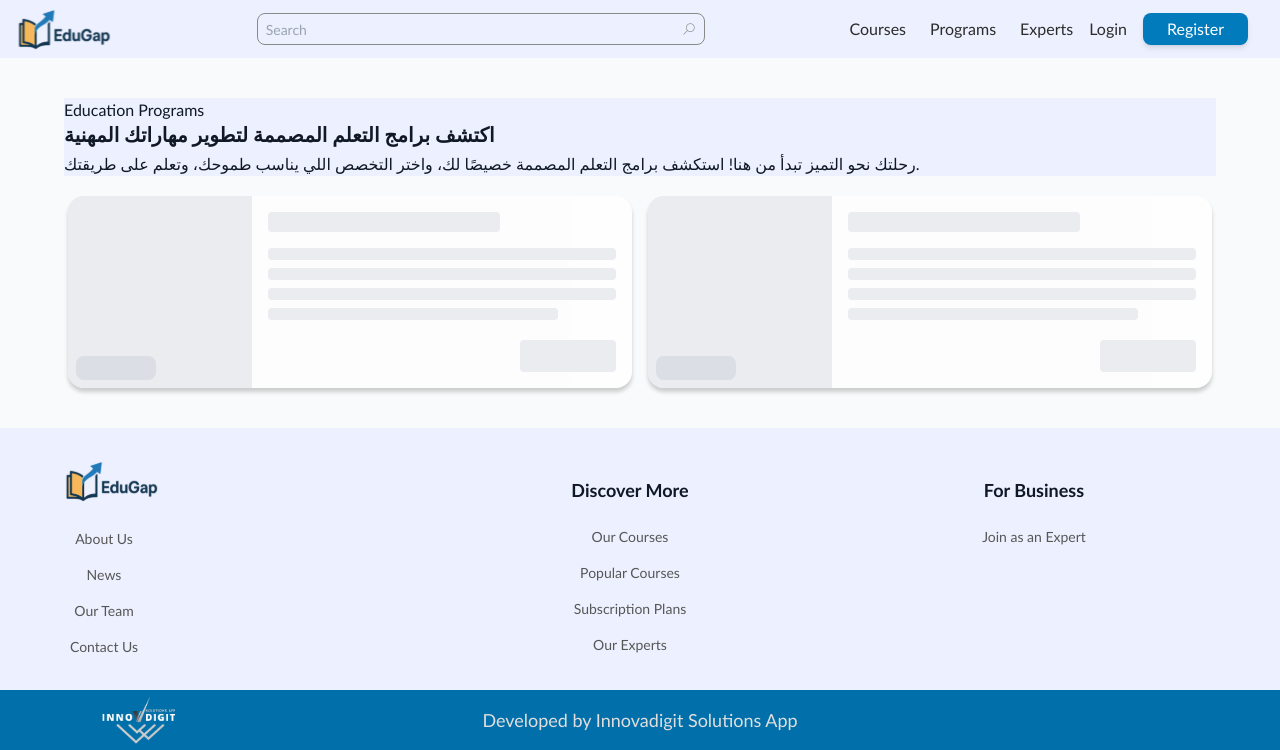
Repository: Yehyv/EduGap-Project
Page: /programs-list
The author's editor kept a copy of each file at every save. The page is drawn from the files as they stood at one save, then again after the next save.
The browser window is 1280 px wide. The pictures show the whole page.
The page's requests for data from a server got no answer. The project was rebuilt for these pictures with package versions that can differ from the ones it lists, and the page was loaded fresh each time. Some packages were replaced by stand-ins written for this rebuild. No one was signed in, and anything a server would have sent is missing. Also part of the build but not shown: vite.config.ts, src/features/auth/services/authApi.ts, src/shared/utils/AppSwal.tsx, src/shared/utils/ShowMessagesAlert.tsx, src/features/auth/hooks/useLogin.ts, src/features/auth/components/LoginForm.tsx, src/features/auth/index.ts, src/shared/hooks/useClickOutside.ts and 75 more.

Above is the page before, as saved 2025-09-30 14:59:22.

### index.html
<!doctype html>
<html lang="en">

<head>
  <meta charset="UTF-8" />
  <meta name="viewport" content="width=device-width, initial-scale=1.0" />
  <link rel="icon" type="image/svg+xml" href="/favicon.svg" />
  <link rel="icon" type="image/png" href="/favicon-96x96.png" sizes="96x96" />
  <link rel="icon" type="image/svg+xml" href="/favicon.svg" />
  <link rel="shortcut icon" href="/favicon.ico" />
  <link rel="apple-touch-icon" sizes="180x180" href="/apple-touch-icon.png" />
  <link rel="manifest" href="/site.webmanifest" />
  <title>EduGap</title>
</head>

<body>
  <div id="root"></div>
  <script type="module" src="/src/main.tsx"></script>
</body>

</html>

### src/main.tsx
import { createRoot } from "react-dom/client";
import { BrowserRouter } from "react-router-dom";
import "./index.css";
import AppRoutes from "./routes/AppRoutes.tsx";
import "slick-carousel/slick/slick.css";
import "slick-carousel/slick/slick-theme.css";
import { AuthProvider } from "./features/auth/context/AuthContext.tsx";
import { QueryClient, QueryClientProvider } from "@tanstack/react-query";
import { ReactQueryDevtools } from "@tanstack/react-query-devtools";
import { LanguageProvider } from "./shared/localization/LanguageProvider.tsx";
import HtmlDirection from "./shared/utils/HtmlDirections.tsx";

const queryClient = new QueryClient();

createRoot(document.getElementById("root")!).render(
  <QueryClientProvider client={queryClient}>
    <BrowserRouter>
      <LanguageProvider>
        <HtmlDirection>
          <AuthProvider>
            <AppRoutes />
            {import.meta.env.DEV && (
              <ReactQueryDevtools initialIsOpen={false} />
            )}
          </AuthProvider>
        </HtmlDirection>
      </LanguageProvider>
    </BrowserRouter>
  </QueryClientProvider>
);

### src/features/auth/context/AuthContext.tsx
import { createContext, useContext, useState } from "react";
import type { AuthContextType } from "../auth.types";

const AuthContext = createContext<AuthContextType | undefined>(undefined);

export const AuthProvider = ({ children }: { children: React.ReactNode }) => {
  const [token, setToken] = useState<string | null>(
    localStorage.getItem("token")
  );

  const login = (newToken: string) => {
    localStorage.setItem("token", newToken);
    setToken(newToken);
  };
  const saveRefreshToken = (refreshToken: string) => {
    localStorage.setItem("refresh-token", refreshToken);
  };

  const logout = () => {
    localStorage.removeItem("token");
    setToken(null);
  };

  return (
    <AuthContext.Provider value={{ token, login, logout, saveRefreshToken }}>
      {children}
    </AuthContext.Provider>
  );
};

export const useAuth = () => {
  const ctx = useContext(AuthContext);
  if (!ctx) {
    throw new Error("useAuth must be used inside AuthProvider");
  }
  return ctx;
};

### src/shared/localization/LanguageProvider.tsx
import { useState, useEffect } from "react";
import translations from "./translations";
import { LanguageContext } from "./LanguageContext";
import type { Language, TranslationKeys } from "./LanguageContext";

export const LanguageProvider = ({
  children,
}: {
  children: React.ReactNode;
}) => {
  const [lang, setLangState] = useState<Language>(() => {
    const saved = localStorage.getItem("lang") as Language | null;
    if (saved) return saved;
    if (navigator.language.startsWith("ar")) return "ar";
    return "en";
  });

  useEffect(() => {
    localStorage.setItem("lang", lang);
    document.body.dir = lang === "ar" ? "rtl" : "ltr";
    document.body.lang = lang;
  }, [lang]);

  const t = (key: TranslationKeys) => translations[lang][key];

  const setLang = (newLang: Language) => {
    setLangState(newLang);
  };

  return (
    <LanguageContext.Provider value={{ lang, setLang, t }}>
      {children}
    </LanguageContext.Provider>
  );
};

### src/shared/utils/HtmlDirections.tsx
import { useEffect } from "react";
import { useLanguage } from "../localization/useLanguage";

const HtmlDirection = ({ children }: { children: React.ReactNode }) => {
  const { lang } = useLanguage();

  useEffect(() => {
    document.body.dir = lang === "ar" ? "rtl" : "ltr";
    document.body.lang = lang;
  }, [lang]);

  return <>{children}</>;
};

export default HtmlDirection;

### src/assets/fonts/fonts.css
@font-face {
  font-family: "Rubik";
  src: url("./Rubik-Regular.woff2") format("woff2");
  font-weight: 400;
  font-style: normal;
}

@font-face {
  font-family: "Rubik";
  src: url("./Rubik-Medium.woff2") format("woff2");
  font-weight: 500;
  font-style: normal;
}

@font-face {
  font-family: "Rubik";
  src: url("./Rubik-Bold.woff2") format("woff2");
  font-weight: 700;
  font-style: normal;
}

### src/layouts/MainLayout/MainLayouts.tsx
import { Outlet } from "react-router-dom";
import { Header, InnovaFooter, Footer } from "@/shared/components";

const MainLayout = () => {
  return (
    <div className="min-h-screen flex flex-col bg-gray-50">
      <Header />
      {/* Main Content */}
      <main className="flex-1 grid grid-cols-1 gap-10 ">{<Outlet />}</main>
      <div>
        <Footer />
        <InnovaFooter />
      </div>
    </div>
  );
};

export default MainLayout;

### src/pages/ProgramsList.tsx
import SectionTitle from "@/shared/components/SectionTitle";
import type { ProgramsResponse } from "@/shared/types/sharedTypes";
import { useQuery } from "@tanstack/react-query";
import ErrorMessage from "@/shared/components/ErrorMessage";
import ScrollToTop from "@/shared/utils/ScrollToTop";
import CustomPagination from "@/shared/utils/CustomPagination";
import { useLanguage } from "@/shared/localization/useLanguage";
import { useSearchParams } from "react-router-dom";
import ProgramsSectionCardSkeleton from "@/shared/components/ui/ProgramsSectionCardSkeleton";
import ProgramsSectionCard from "@/shared/components/EduGap/ProgramsSectionCard";
import { RESULTS_PER_PAGE } from "@/shared/utils/globals";
import { getAllEducationsList } from "@/features/GuestHome/services/GuestHomeApi";

const GuestPopularCoursesPage = () => {
  const { t } = useLanguage();
  const [searchParams, setSearchParams] = useSearchParams();
  const page = Number(searchParams.get("page")) || 1;

  const { data, isLoading, error } = useQuery<ProgramsResponse>({
    queryKey: ["getGuestProgramsList", page],
    queryFn: () => getAllEducationsList(page.toString(), RESULTS_PER_PAGE),
  });

  const handlePageChange = (newPage: number) => {
    setSearchParams({ page: newPage.toString() });
  };

  if (error) return <ErrorMessage message={error?.message} />;

  return (
    <div className="mb-5 mt-10 container">
      <ScrollToTop />
      <div className="bg-primary">
        <h5>{t("programs_title")}</h5>
        <h4>اكتشف برامج التعلم المصممة لتطوير مهاراتك المهنية</h4>
        <p>
          رحلتك نحو التميز تبدأ من هنا! استكشف برامج التعلم المصممة خصيصًا لك،
          واختر التخصص اللي يناسب طموحك، وتعلم على طريقتك.
        </p>
      </div>
      {isLoading ? (
        <div className="grid grid-cols-1 sm:grid-cols-2 gap-2">
          {Array.from({ length: 2 }).map((_, idx) => (
            <ProgramsSectionCardSkeleton key={idx} />
          ))}
        </div>
      ) : data?.formattedPrograms?.length === 0 ? (
        <div className="flex justify-center items-center py-10">
          <p className="text-gray-500 text-lg font-medium">
            {t("no_data_available") ?? "لا يوجد بيانات متاحة"}
          </p>
        </div>
      ) : (
        <>
          <div className="grid grid-cols-1 sm:grid-cols-2 gap-4">
            {data?.formattedPrograms?.map((d, index) => (
              <ProgramsSectionCard key={index} data={d} />
            ))}
          </div>
          <CustomPagination
            currentPage={data?.pagination.page ?? 1}
            onPageChange={handlePageChange}
            totalPages={data?.pagination.totalPages ?? 1}
          />
        </>
      )}
    </div>
  );
};

export default GuestPopularCoursesPage;

### src/shared/localization/LanguageContext.tsx
import { createContext } from "react";
import translations from "./translations";

export type Language = keyof typeof translations;
export type TranslationKeys = keyof (typeof translations)["en"];

export type LanguageContextType = {
  lang: Language;
  setLang: (lang: Language) => void;
  t: (key: TranslationKeys) => string;
};

export const LanguageContext = createContext<LanguageContextType | undefined>(
  undefined
);

### src/shared/localization/useLanguage.ts
import { useContext } from "react";
import { LanguageContext } from "./LanguageContext";

export const useLanguage = () => {
  const context = useContext(LanguageContext);
  if (!context) {
    throw new Error("useLanguage must be used within LanguageProvider");
  }
  return context;
};

### src/shared/components/index.ts
export { default as Header } from "./Header";
export { default as InnovaFooter } from "./InnovaFooter";
export { default as Footer } from "./Footer";
export { default as Loader } from "./Loader";
export { default as GradientButton } from "./ui/GradientButton";
export { default as LightButton } from "./ui/LightButton";
export { default as TextField } from "./forms/TextField";
export { default as NotFoundLottie } from "./NotFoundLottie";

### src/features/GuestHome/services/GuestHomeApi.ts
import api from "@/shared/services/axios";
import type {
  ApiResponse,
  CoursesResponse,
  CourseType,
  ExpertsResponse,
  ProgramsResponse,
  ProgramsType,
} from "@/shared/types/sharedTypes";

export async function getPopularCoursesForSlider(): Promise<CourseType[]> {
  const res = await api.get<ApiResponse<CourseType[]>>("/contents/first-8");
  return res.data.data;
}
export async function getSavedCoursesForSlider(): Promise<CourseType[]> {
  const res = await api.get<ApiResponse<CourseType[]>>(
    "/saved-contents/user/first-8"
  );
  return res.data.data;
}
export async function getAllPopularCourses(
  page: string,
  limit: number
): Promise<CoursesResponse> {
  const res = await api.get<ApiResponse<CoursesResponse>>("/contents", {
    params: { page, limit },
  });
  return res.data.data;
}

export async function getAllSavedContents(
  page: string,
  limit: number
): Promise<CoursesResponse> {
  const res = await api.get<ApiResponse<CoursesResponse>>(
    "/saved-contents/user",
    {
      params: { page, limit },
    }
  );
  return res.data.data;
}

export async function getEducationProgramsForSlider(): Promise<ProgramsType[]> {
  const res = await api.get<ApiResponse<ProgramsType[]>>("/programs/first-8");
  return res.data.data;
}

export async function getAllEducationsList(
  page: string,
  limit: number
): Promise<ProgramsResponse> {
  const res = await api.get<ApiResponse<ProgramsResponse>>("/programs", {
    params: { page, limit },
  });
  return res.data.data;
}

export async function getAllExpertsList(
  page: string,
  limit: number
): Promise<ExpertsResponse> {
  const res = await api.get<ApiResponse<ExpertsResponse>>("/educators", {
    params: {
      page,
      limit,
    },
  });
  return res.data.data;
}

### src/shared/utils/globals.ts
export const RESULTS_PER_PAGE = 3;

### src/shared/components/ui/ProgramsSectionCardSkeleton.tsx
const ProgramsSectionCardSkeleton = () => {
  return (
    <div className="bg-white flex rounded-2xl shadow-custom overflow-hidden my-5 mx-1 animate-pulse">
      {/* Left image skeleton */}
      <div className="w-1/2 relative bg-gray-200">
        <div className="w-full h-40 bg-gray-200"></div>
        <div className="absolute start-2 bottom-2 bg-gray-300 rounded-lg px-3 py-1 text-sm w-20 h-6"></div>
      </div>

      {/* Right content skeleton */}
      <div className="w-full p-4 flex flex-col">
        {/* Title */}
        <div className="h-5 bg-gray-200 rounded w-2/3 mb-4"></div>
        {/* Description lines */}
        <div className="space-y-2 flex-1">
          <div className="h-3 bg-gray-200 rounded"></div>
          <div className="h-3 bg-gray-200 rounded"></div>
          <div className="h-3 bg-gray-200 rounded"></div>
          <div className="h-3 bg-gray-200 rounded w-5/6"></div>
        </div>
        {/* Button skeleton */}
        <div className="h-8 bg-gray-200 rounded w-24 self-end mt-5"></div>
      </div>
    </div>
  );
};

export default ProgramsSectionCardSkeleton;

### src/shared/components/Header.tsx
import LogoSm from "@/assets/svgs/LogoSm.svg?react";
import NavListIcon from "@/assets/svgs/NavListIcon.svg?react";
import { Link } from "react-router";
import DefaultButton from "./ui/DefaultButton";
import { useState } from "react";
import UserNav from "./UserNav";
import { useLanguage } from "../localization/useLanguage";
import SearchBar from "./ui/SearchBar";

const Header = ({ isLoggedIn = false }: { isLoggedIn?: boolean }) => {
  const { t, lang } = useLanguage();
  const [menuOpen, setMenuOpen] = useState(false);

  return (
    <header
      className={`${
        isLoggedIn ? "bg-white" : "bg-primary"
      } py-2 z-50 sticky start-0 end-0 top-0`}
    >
      <div className="container mx-auto flex items-center justify-between gap-4 px-4">
        {/* Logo */}
        <Link to={"/userHome"}>
          <LogoSm className="w-24 cursor-pointer" />
        </Link>

        {/* Desktop Search */}
        <SearchBar
          placeholder={t("search_placeholder")}
          lang={lang}
          className="sm:max-w-md mx-auto max-md:hidden"
        />

        {/* Desktop Nav */}
        <nav className="hidden md:flex gap-6">
          <Link to="/">{t("nav_courses")}</Link>
          <Link to="/">{t("nav_programs")}</Link>
          <Link to="/">{t("nav_experts")}</Link>
        </nav>

        {/* Not Auth */}
        {!isLoggedIn && (
          <div className="hidden md:flex gap-4 items-center">
            <Link to="/login">{t("auth_login")}</Link>
            <DefaultButton
              text={t("auth_register")}
              type="reset"
              moreStyle="px-6 !py-1"
              onClick={() => {}}
            />
          </div>
        )}

        {/* User & Mobile Menu */}
        <div className="flex gap-4">
          {isLoggedIn && <UserNav />}
          <button
            className="md:hidden flex items-center cursor-pointer p-1"
            onClick={() => setMenuOpen(!menuOpen)}
          >
            <NavListIcon className="h-5 w-5" />
          </button>
        </div>
      </div>

      {/* Mobile Menu */}
      {menuOpen && (
        <div
          className="md:hidden bg-white shadow-md px-4 mt-2 pt-4 pb-6 space-y-4"
          dir={lang === "ar" ? "rtl" : "ltr"}
        >
          <nav className="flex flex-col gap-3">
            <Link to="/">{t("nav_courses")}</Link>
            <Link to="/">{t("nav_programs")}</Link>
            <Link to="/">{t("nav_experts")}</Link>
          </nav>
          {!isLoggedIn && <Link to="/login">{t("auth_login")}</Link>}
          <div className="flex justify-between mt-4 gap-2">
            {!isLoggedIn && (
              <DefaultButton
                text={t("auth_register")}
                type="reset"
                moreStyle="w-[150px] !py-1"
                onClick={() => {}}
              />
            )}
          </div>
        </div>
      )}

      {/* Mobile Search */}
      <div className="mx-4 md:hidden mt-3">
        <SearchBar
          placeholder={t("search_placeholder")}
          lang={lang}
          className="max-w-md mx-auto"
        />
      </div>
    </header>
  );
};

export default Header;

### src/shared/components/InnovaFooter.tsx
import InnovaLogo from "@/assets/svgs/InnovaLogo.svg?react";
import { useLanguage } from "../localization/useLanguage";
const InnovaFooter = () => {
  const { t } = useLanguage();
  return (
    <footer className="text-[#E0DEDE] text-lg bg-[#016FA9] max-md:text-sm  text-center center items-center relative min-h-[60px]">
      <InnovaLogo className="h-[50px] max-sm:h-[35px] absolute max-sm:static left-20 max-md:left-0" />
      <div className="max-sm:mx-2">
        {" "}
        {t("footer_by_company")} Innovadigit Solutions App{" "}
      </div>
    </footer>
  );
};

export default InnovaFooter;

### src/shared/components/ui/DefaultButton.tsx
type defaultButtonPropsTypes = {
  text: string | React.ReactNode;
  type: "submit" | "reset" | "button" | undefined;
  moreStyle?: string;
  onClick: () => void;
  disabled?: boolean;
};
const DefaultButton = ({
  text,
  type,
  moreStyle,
  onClick,
  disabled,
}: defaultButtonPropsTypes) => {
  return (
    <button
      disabled={disabled}
      onClick={onClick}
      type={type}
      className={`${moreStyle} bg-gradient-to-r cursor-pointer bg-secondary text-white  px-4 py-2 rounded-lg shadow-md hover:to-secondary-dark transition`}
    >
      {text}
    </button>
  );
};

export default DefaultButton;

### src/shared/services/axios.ts
import axios from "axios";

const api = axios.create({
  baseURL: import.meta.env.VITE_BASE_URL,
  headers: {
    "Content-Type": "application/json",
  },
});

// 🔹 Refresh token API call
const refreshAccessToken = async () => {
  try {
    const refreshToken = localStorage.getItem("refresh-token");
    if (!refreshToken) throw new Error("No refresh token found");

    const response = await axios.post(
      `${import.meta.env.VITE_BASE_URL}/auth/refresh`,
      {},
      {
        headers: {
          Authorization: `Bearer ${refreshToken}`,
        },
      }
    );

    const newAccessToken = response.data?.data?.accessToken;
    const newRefreshToken = response.data?.data?.refreshToken;

    if (newAccessToken) {
      localStorage.setItem("token", newAccessToken);
    }
    if (newRefreshToken) {
      localStorage.setItem("refresh-token", newRefreshToken);
    }

    return newAccessToken;
  } catch (err) {
    localStorage.removeItem("token");
    localStorage.removeItem("refresh-token");
    localStorage.removeItem("user");
    processQueue(err, null);
    window.location.href = "/login";
    throw err;
  }
};

// 🔹 Request interceptor
api.interceptors.request.use(
  (config) => {
    const token = localStorage.getItem("token");
    const lang = localStorage.getItem("lang");

    if (token) {
      config.headers.Authorization = `Bearer ${token}`;
    }
    if (lang) {
      config.headers["languageId"] = lang === "en" ? "1" : "2";
    }
    return config;
  },
  (error) => Promise.reject(error)
);

// 🔹 Response interceptor with refresh flow
let isRefreshing = false;
let failedQueue: any[] = [];

const processQueue = (error: any, token: string | null = null) => {
  failedQueue.forEach((prom) => {
    if (error) {
      prom.reject(error);
    } else {
      prom.resolve(token);
    }
  });
  failedQueue = [];
};

api.interceptors.response.use(
  (response) => response,
  async (error) => {
    const originalRequest = error.config;

    // if unauthorized
    if (error.response?.status === 401 && !originalRequest._retry) {
      if (isRefreshing) {
        // wait until refreshing is done
        return new Promise((resolve, reject) => {
          failedQueue.push({ resolve, reject });
        })
          .then((token) => {
            originalRequest.headers.Authorization = `Bearer ${token}`;
            return api(originalRequest);
          })
          .catch((err) => Promise.reject(err));
      }

      originalRequest._retry = true;
      isRefreshing = true;

      try {
        const newToken = await refreshAccessToken();
        processQueue(null, newToken);

        originalRequest.headers.Authorization = `Bearer ${newToken}`;
        return api(originalRequest);
      } catch (err) {
        processQueue(err, null);
        throw err;
      } finally {
        isRefreshing = false;
      }
    }

    return Promise.reject(error);
  }
);

export default api;

### src/shared/components/ui/SearchBar.tsx
import SearchIcon from "@/assets/svgs/SearchIcon.svg?react";

const SearchBar = ({
  placeholder,
  lang,
  className = "",
}: {
  placeholder: string;
  lang: string;
  className?: string;
}) => (
  <div className={`relative text-gray-600 flex-1 ${className}`}>
    <input
      className="border border-[#8A8A8A] w-full h-8 px-2 pr-10 rounded-lg text-sm focus:outline-none"
      type="search"
      name="search"
      placeholder={placeholder}
      dir={lang === "ar" ? "rtl" : "ltr"}
    />
    <button type="submit" className="absolute right-2 top-1/2 -translate-y-1/2">
      <SearchIcon className="w-4 h-4" />
    </button>
  </div>
);

export default SearchBar;

Loaded but not shown: src/shared/utils/ScrollToTop.tsx (common file); src/shared/localization/translations.ts (146 lines, source omitted); src/index.css (201 lines, source omitted); src/shared/components/Footer.tsx (97 lines, source omitted); src/routes/AppRoutes.tsx (89 lines, source omitted)

After the next save:
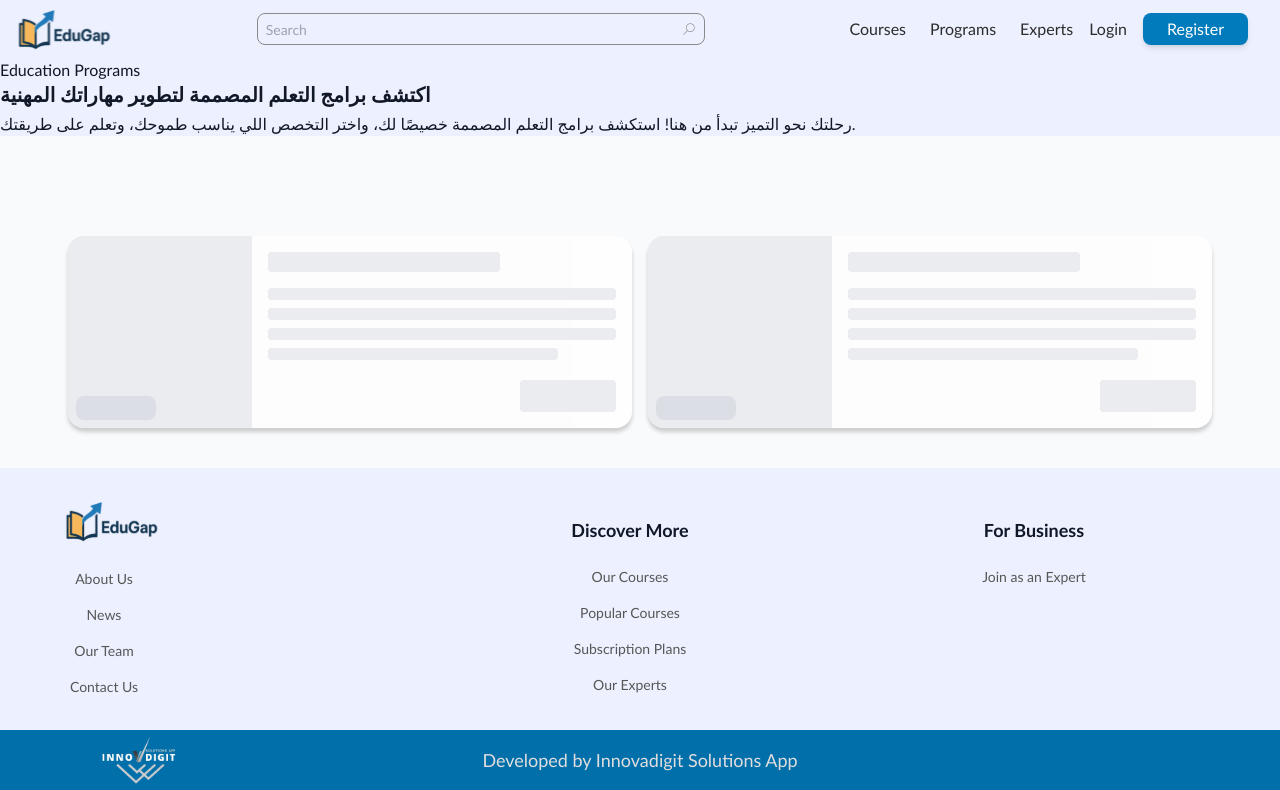
Saved 27 s later.
--- a/src/pages/ProgramsList.tsx
+++ b/src/pages/ProgramsList.tsx
@@ -28,8 +28,7 @@ const GuestPopularCoursesPage = () => {
   if (error) return <ErrorMessage message={error?.message} />;
 
   return (
-    <div className="mb-5 mt-10 container">
-      <ScrollToTop />
+    <>
       <div className="bg-primary">
         <h5>{t("programs_title")}</h5>
         <h4>اكتشف برامج التعلم المصممة لتطوير مهاراتك المهنية</h4>
@@ -38,33 +37,37 @@ const GuestPopularCoursesPage = () => {
           واختر التخصص اللي يناسب طموحك، وتعلم على طريقتك.
         </p>
       </div>
-      {isLoading ? (
-        <div className="grid grid-cols-1 sm:grid-cols-2 gap-2">
-          {Array.from({ length: 2 }).map((_, idx) => (
-            <ProgramsSectionCardSkeleton key={idx} />
-          ))}
-        </div>
-      ) : data?.formattedPrograms?.length === 0 ? (
-        <div className="flex justify-center items-center py-10">
-          <p className="text-gray-500 text-lg font-medium">
-            {t("no_data_available") ?? "لا يوجد بيانات متاحة"}
-          </p>
-        </div>
-      ) : (
-        <>
-          <div className="grid grid-cols-1 sm:grid-cols-2 gap-4">
-            {data?.formattedPrograms?.map((d, index) => (
-              <ProgramsSectionCard key={index} data={d} />
+      <div className="mb-5 mt-10 container">
+        <ScrollToTop />
+
+        {isLoading ? (
+          <div className="grid grid-cols-1 sm:grid-cols-2 gap-2">
+            {Array.from({ length: 2 }).map((_, idx) => (
+              <ProgramsSectionCardSkeleton key={idx} />
             ))}
           </div>
-          <CustomPagination
-            currentPage={data?.pagination.page ?? 1}
-            onPageChange={handlePageChange}
-            totalPages={data?.pagination.totalPages ?? 1}
-          />
-        </>
-      )}
-    </div>
+        ) : data?.formattedPrograms?.length === 0 ? (
+          <div className="flex justify-center items-center py-10">
+            <p className="text-gray-500 text-lg font-medium">
+              {t("no_data_available") ?? "لا يوجد بيانات متاحة"}
+            </p>
+          </div>
+        ) : (
+          <>
+            <div className="grid grid-cols-1 sm:grid-cols-2 gap-4">
+              {data?.formattedPrograms?.map((d, index) => (
+                <ProgramsSectionCard key={index} data={d} />
+              ))}
+            </div>
+            <CustomPagination
+              currentPage={data?.pagination.page ?? 1}
+              onPageChange={handlePageChange}
+              totalPages={data?.pagination.totalPages ?? 1}
+            />
+          </>
+        )}
+      </div>
+    </>
   );
 };
 
